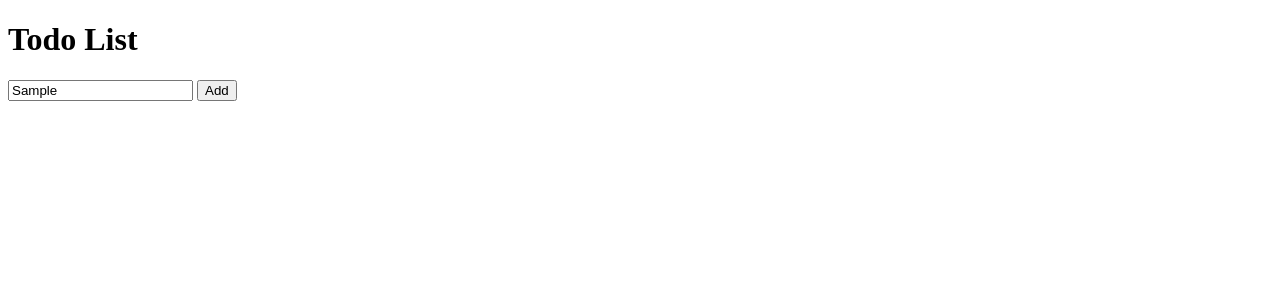
Repository: ble-syn/Todo-list
Page: index.html
An editor plug-in stored every save of this project. The page is shown before and after the next save, followed by the edit.
The browser window is 1280 px wide. The pictures show the whole page.
Empty fields were first filled with sample values (such as "Sample", 5 or name@example.com).
After loading, the first visible `button` was clicked once.

Above is the page before, as saved 2022-10-20 18:46:26.
Console error: ReferenceError: del is not defined

### index.html
<!DOCTYPE html>
<html lang="en">
<head>
    <meta charset="UTF-8">
    <meta http-equiv="X-UA-Compatible" content="IE=edge">
    <meta name="viewport" content="width=device-width, initial-scale=1.0">
    <title>Todo List</title>
</head>
<body>

    <main>
        <h1>Todo List</h1>
            <input type="text" name="todo" placeholder="Add a todo">
            <button>Add</button>
            <ul id="list"></ul>
    </main>

    <script src="app.js"></script>
</body>
</html>

### app.js
const todo = document.querySelector("input");
const button = document.querySelector("button");
let todoList = document.querySelector("#list");

let todoArray = [];

function render() {
  let items;
  const getLocalStorage = JSON.parse(localStorage.getItem("todos"));

  getLocalStorage.forEach((element) => {
    items = `
            <li style="display: flex; justify-content: space-between; width: 200px;">
                <span>${element}</span>
                <button id="${del} onclick="delFunc()">delete</button>

            </li>
        `;
  });
  todoList.insertAdjacentHTML("beforeend", items);
  console.log(typeof todoList)
}

function delFunc() {
    const del = document.getElementById("del");
    del.todoList.remove(element);
    // localStorage.removeItem("todos");
    render();
}

button.addEventListener("click", () => {
  const value = todo.value;
  if (value === "") {
    return;
  }
  todoArray.push(value);

  localStorage.setItem("todos", JSON.stringify(todoArray));
  render();
  todo.value = "";

});
// render()

// localStorage.setItem("lastname", "Smith");
// localStorage.getItem("lastname");

After the next save:
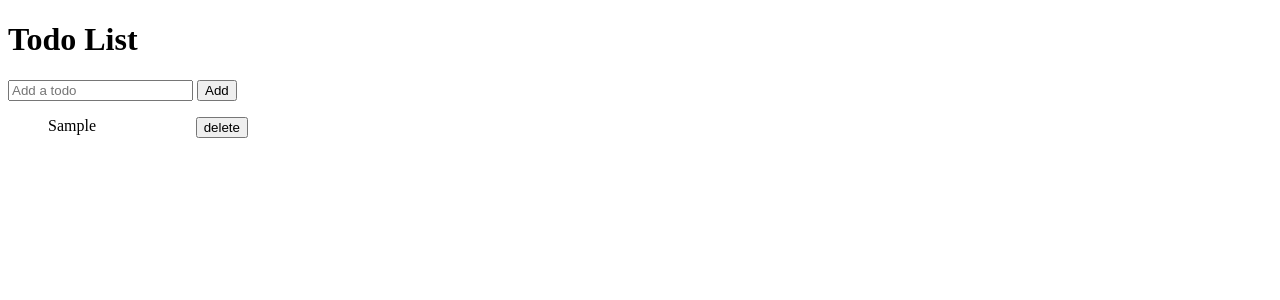
The error is gone.
Saved 34 s later.
--- a/app.js
+++ b/app.js
@@ -12,7 +12,7 @@ function render() {
     items = `
             <li style="display: flex; justify-content: space-between; width: 200px;">
                 <span>${element}</span>
-                <button id="${del} onclick="delFunc()">delete</button>
+                <button id="del" onclick="delFunc()">delete</button>
 
             </li>
         `;
